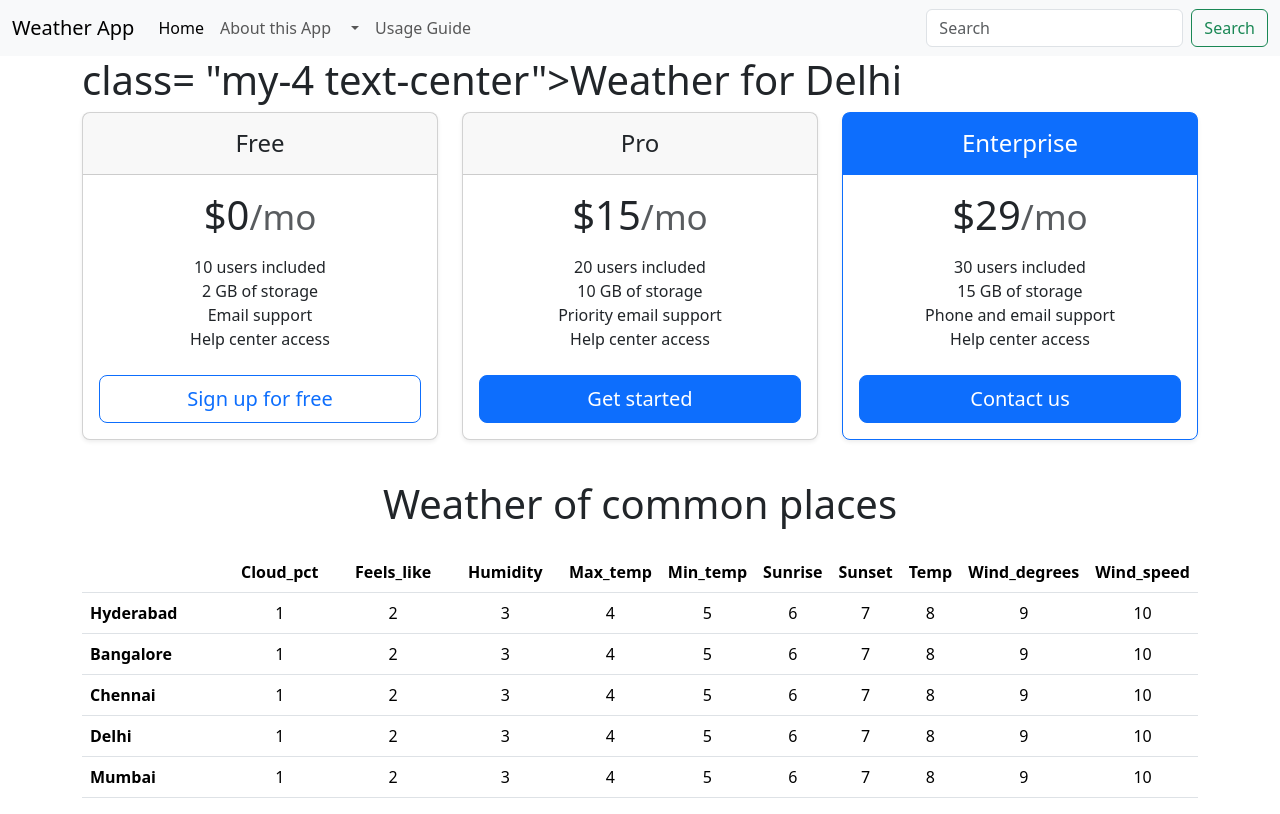
Repository: Abhilash2909/weather
Page: index.html
The author's editor kept a copy of each file at every save. The page is drawn from the files as they stood at one save, then again after the next save.
The browser window is 1280 px wide. The pictures show the whole page.
The page's requests for data from a server got no answer.

Above is the page before, as saved 2024-02-11 10:50:48.

### index.html
<!doctype html>
<html lang="en">
  <head>
    <meta charset="utf-8">
    <meta name="viewport" content="width=device-width, initial-scale=1">
    <title>My Weather App</title>
    <link href="https://cdn.jsdelivr.net/npm/bootstrap@5.3.2/dist/css/bootstrap.min.css" rel="stylesheet" integrity="sha384-T3c6CoIi6uLrA9TneNEoa7RxnatzjcDSCmG1MXxSR1GAsXEV/Dwwykc2MPK8M2HN" crossorigin="anonymous">
  </head>
  <body>
    <nav class="navbar navbar-expand-lg bg-body-tertiary">
        <div class="container-fluid">
          <a class="navbar-brand" href="#">Weather App</a>
          <button class="navbar-toggler" type="button" data-bs-toggle="collapse" data-bs-target="#navbarSupportedContent" aria-controls="navbarSupportedContent" aria-expanded="false" aria-label="Toggle navigation">
            <span class="navbar-toggler-icon"></span>
          </button>
          <div class="collapse navbar-collapse" id="navbarSupportedContent">
            <ul class="navbar-nav me-auto mb-2 mb-lg-0">
              <li class="nav-item">
                <a class="nav-link active" aria-current="page" href="#">Home</a>
              </li>
              <li class="nav-item">
                <a class="nav-link" href="#">About this App</a>
              </li>
              <li class="nav-item dropdown">
                <a class="nav-link dropdown-toggle" href="#" role="button" data-bs-toggle="dropdown" aria-expanded="false">
                </a>
                <ul class="dropdown-menu">
                  <li><a class="dropdown-item" href="#">Delhi</a></li>
                  <li><a class="dropdown-item" href="#">Seattle</a></li>
                  <li><hr class="dropdown-divider"></li>
                  <li><a class="dropdown-item" href="#">Bangalore</a></li>
                </ul>
              </li>
              <li class="nav-item">
                <a class="nav-link" aria-disabled="true">Usage Guide</a>
              </li>
            </ul>
            <form class="d-flex" role="search">
              <input class="form-control me-2" type="search" placeholder="Search" aria-label="Search">
              <button class="btn btn-outline-success" type="submit">Search</button>
            </form>
          </div>
        </div>
      </nav>

      <div class="container">
        <main>
          <h1>class= "my-4 text-center">Weather for Delhi</h1>
          <div class="row row-cols-1 row-cols-md-3 mb-3 text-center">
          <div class="col">
            <div class="card mb-4 rounded-3 shadow-sm">
              <div class="card-header py-3">
                <h4 class="my-0 fw-normal">Free</h4>
              </div>
              <div class="card-body">
                <h1 class="card-title pricing-card-title">$0<small class="text-body-secondary fw-light">/mo</small></h1>
                <ul class="list-unstyled mt-3 mb-4">
                  <li>10 users included</li>
                  <li>2 GB of storage</li>
                  <li>Email support</li>
                  <li>Help center access</li>
                </ul>
                <button type="button" class="w-100 btn btn-lg btn-outline-primary">Sign up for free</button>
              </div>
            </div>
          </div>
          <div class="col">
            <div class="card mb-4 rounded-3 shadow-sm">
              <div class="card-header py-3">
                <h4 class="my-0 fw-normal">Pro</h4>
              </div>
              <div class="card-body">
                <h1 class="card-title pricing-card-title">$15<small class="text-body-secondary fw-light">/mo</small></h1>
                <ul class="list-unstyled mt-3 mb-4">
                  <li>20 users included</li>
                  <li>10 GB of storage</li>
                  <li>Priority email support</li>
                  <li>Help center access</li>
                </ul>
                <button type="button" class="w-100 btn btn-lg btn-primary">Get started</button>
              </div>
            </div>
          </div>
          <div class="col">
            <div class="card mb-4 rounded-3 shadow-sm border-primary">
              <div class="card-header py-3 text-bg-primary border-primary">
                <h4 class="my-0 fw-normal">Enterprise</h4>
              </div>
              <div class="card-body">
                <h1 class="card-title pricing-card-title">$29<small class="text-body-secondary fw-light">/mo</small></h1>
                <ul class="list-unstyled mt-3 mb-4">
                  <li>30 users included</li>
                  <li>15 GB of storage</li>
                  <li>Phone and email support</li>
                  <li>Help center access</li>
                </ul>
                <button type="button" class="w-100 btn btn-lg btn-primary">Contact us</button>
              </div>
            </div>
          </div>
        </div>

        <h2 class="display-6 text-center mb-4">Weather of common places</h2>

        <div class="table-responsive">
          <table class="table text-center">
            <thead>
              <tr>
                <th style="width: 34%;">   </th>
                <th style="width: 22%;"> Cloud_pct </th>
                <th style="width: 22%;"> Feels_like </th>
                <th style="width: 22%;"> Humidity </th>
                <th style="width: 22%;"> Max_temp </th>
                <th style="width: 22%;"> Min_temp </th>
                <th style="width: 22%;"> Sunrise </th>
                <th style="width: 22%;"> Sunset </th>
                <th style="width: 22%;"> Temp </th>
                <th style="width: 22%;"> Wind_degrees </th>
                <th style="width: 22%;"> Wind_speed </th>
              </tr>
            </thead>
            <tbody>
              <tr>
                <th scope="row" class="text-start">Hyderabad</th>
                <td>1</td>
                <td>2</td>
                <td>3</td>
                <td>4</td>
                <td>5</td>
                <td>6</td>
                <td>7</td>
                <td>8</td>
                <td>9</td>
                <td>10</td>
              </tr>
              <tr>
                <th scope="row" class="text-start">Bangalore</th>
                <td>1</td>
                <td>2</td>
                <td>3</td>
                <td>4</td>
                <td>5</td>
                <td>6</td>
                <td>7</td>
                <td>8</td>
                <td>9</td>
                <td>10</td>
              </tr>
            </tbody>

            <tbody>
              <tr>
                <th scope="row" class="text-start">Chennai</th>
                <td>1</td>
                <td>2</td>
                <td>3</td>
                <td>4</td>
                <td>5</td>
                <td>6</td>
                <td>7</td>
                <td>8</td>
                <td>9</td>
                <td>10</td>
              </tr>
              <tr>
                <th scope="row" class="text-start">Delhi</th>
                <td>1</td>
                <td>2</td>
                <td>3</td>
                <td>4</td>
                <td>5</td>
                <td>6</td>
                <td>7</td>
                <td>8</td>
                <td>9</td>
                <td>10</td>
              </tr>
              <tr>
                <th scope="row" class="text-start">Mumbai</th>
                <td>1</td>
                <td>2</td>
                <td>3</td>
                <td>4</td>
                <td>5</td>
                <td>6</td>
                <td>7</td>
                <td>8</td>
                <td>9</td>
                <td>10</td>
              </tr>
            </tbody>
          </table>
        </div>
      </main></div>
    <script src="https://cdn.jsdelivr.net/npm/bootstrap@5.3.2/dist/js/bootstrap.bundle.min.js" integrity="sha384-C6RzsynM9kWDrMNeT87bh95OGNyZPhcTNXj1NW7RuBCsyN/o0jlpcV8Qyq46cDfL" crossorigin="anonymous"></script>
    <script src="script.js"></script>
</body>
</html>

### script.js
// const options = {
// method: 'GET',
// headers: {
//         'X-RapidAPI-Key': 'b45e96323fmshf5e4bc50d3b8a90p1e091djsnfb21cde4eb87',
// '       X-RapidAPI-Host': 'weather-by-api-ninjas.p.rapidapi.com'
//     }
// };

// fetch('https://weather-by-api-ninjas.p.rapidapi.com/v1/weather?city=Seattle', options)
//     .then(response => response.json())
//     .then(response => console.log(response))
//     .catch(err => console.error(err));



const options = {
    method: 'GET',
    headers: {
      'X-RapidAPI-Key': 'b45e96323fmshf5e4bc50d3b8a90p1e091djsnfb21cde4eb87',
      'X-RapidAPI-Host': 'weather-by-api-ninjas.p.rapidapi.com'
    }
  };

  fetch('https://weather-by-api-ninjas.p.rapidapi.com/v1/weather?city=Seattle', options)
    .then(response => response.json())
    .then(data => console.log(data))
    .catch(error => console.error(error));

After the next save:
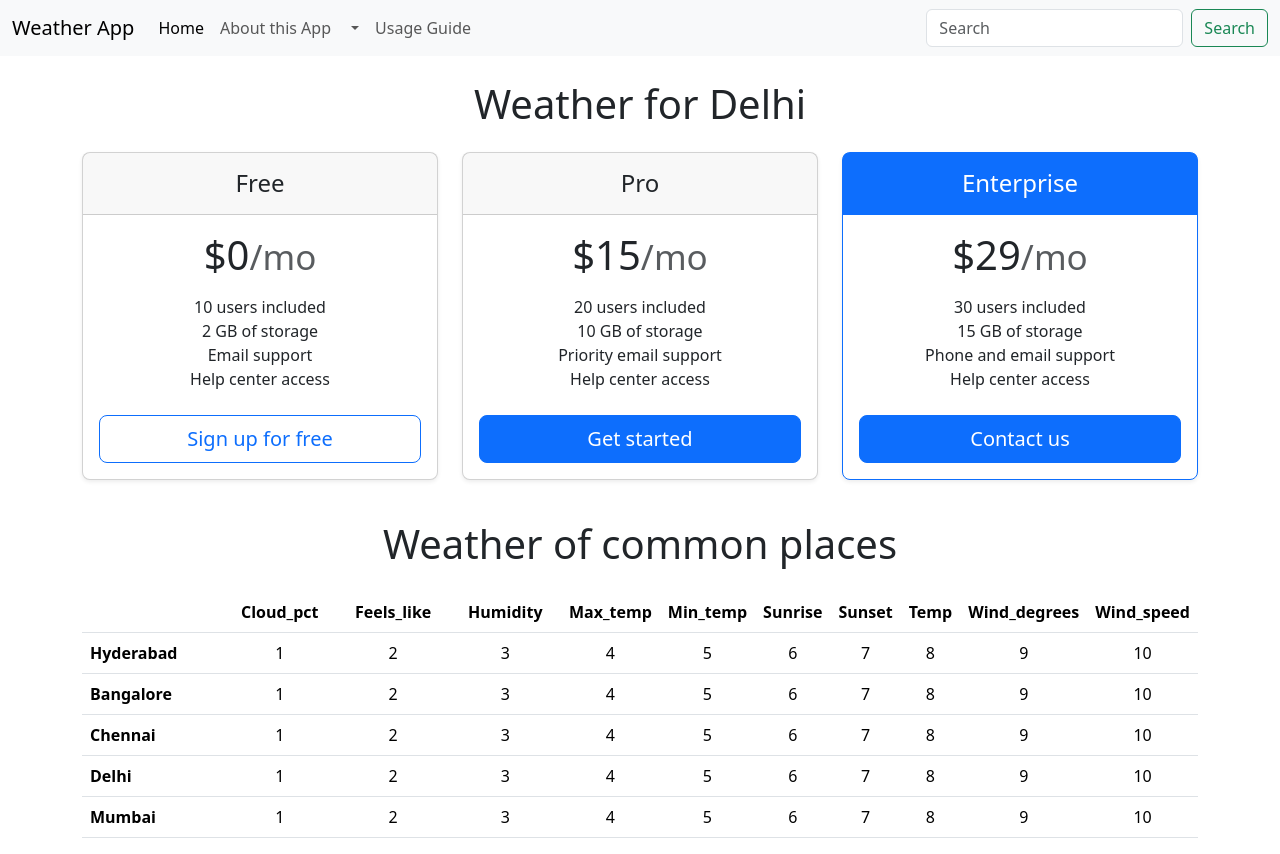
Saved 7 s later.
--- a/index.html
+++ b/index.html
@@ -45,7 +45,7 @@
 
       <div class="container">
         <main>
-          <h1>class= "my-4 text-center">Weather for Delhi</h1>
+          <h1 class= "my-4 text-center">Weather for Delhi</h1>
           <div class="row row-cols-1 row-cols-md-3 mb-3 text-center">
           <div class="col">
             <div class="card mb-4 rounded-3 shadow-sm">
